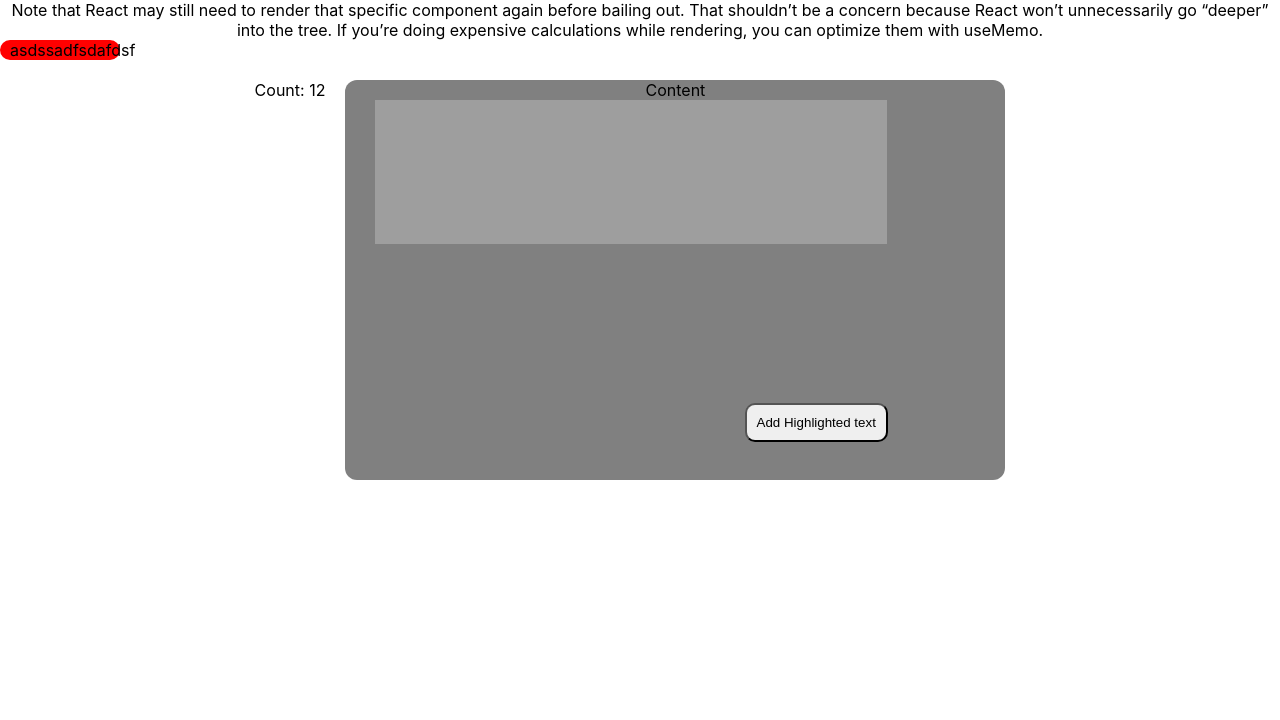
Repository: Farbod29/React-text-highlighter-with-hook-
Page: /
These files come from the project's save history. The page is drawn as it stood at one moment and after the next save; the edit follows.
The browser window is 1280 px wide. The pictures show the whole page.
Pictures or frames that could not be fetched are drawn as grey boxes. The project was rebuilt for these pictures with package versions that can differ from the ones it lists, and the page was loaded fresh each time.

Above is the page before, as saved 2022-02-18 21:55:29.

After the next save:
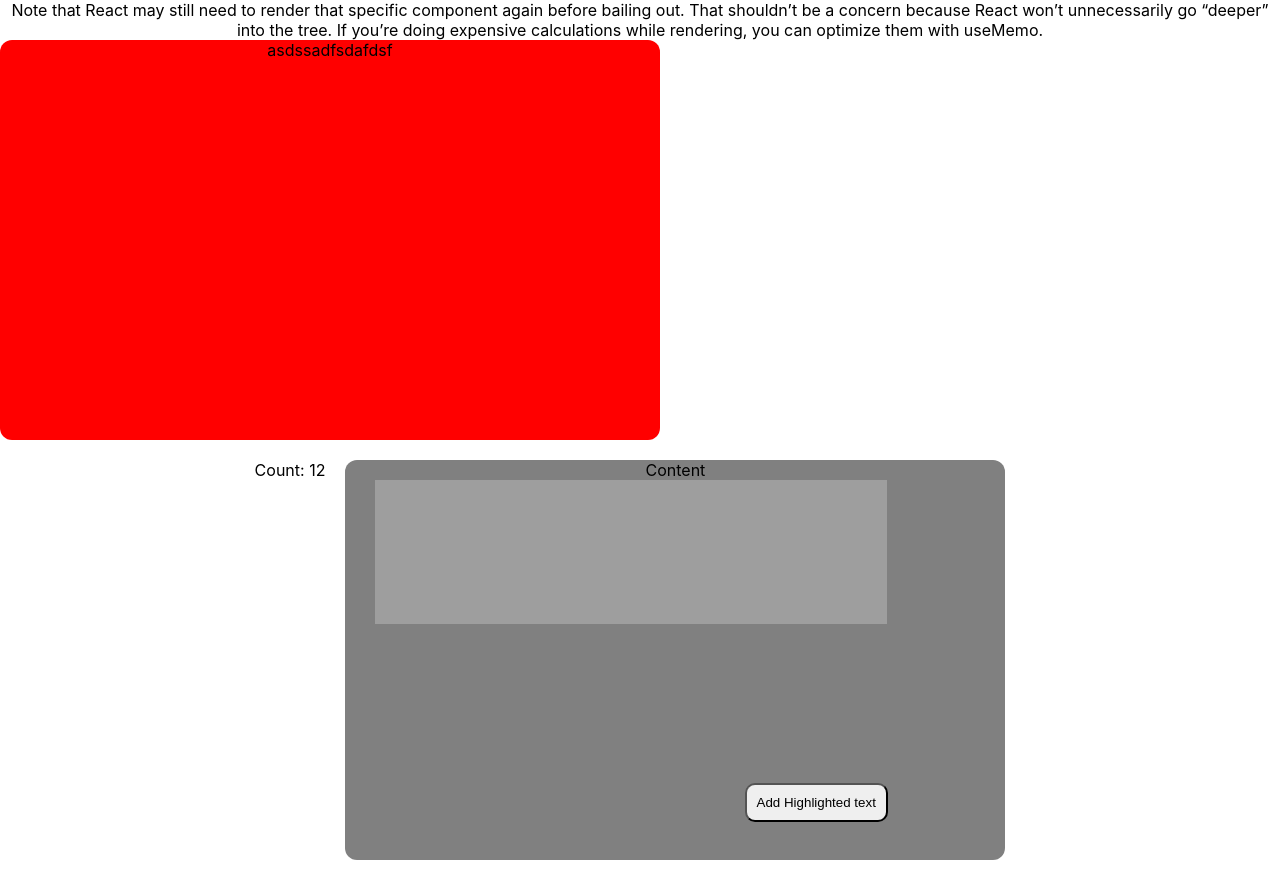
Saved 9 s later.
--- a/src/highlighter.js
+++ b/src/highlighter.js
@@ -20,8 +20,8 @@ export default function Highlighter() {
         style={{
           padding: '0px 10px',
           backgroundColor: '#FF0000',
-          Hight: '1002px',
-          width: '100px',
+          height: '400px',
+          width: '50vw',
           borderRadius: '12px',
         }}
       >
